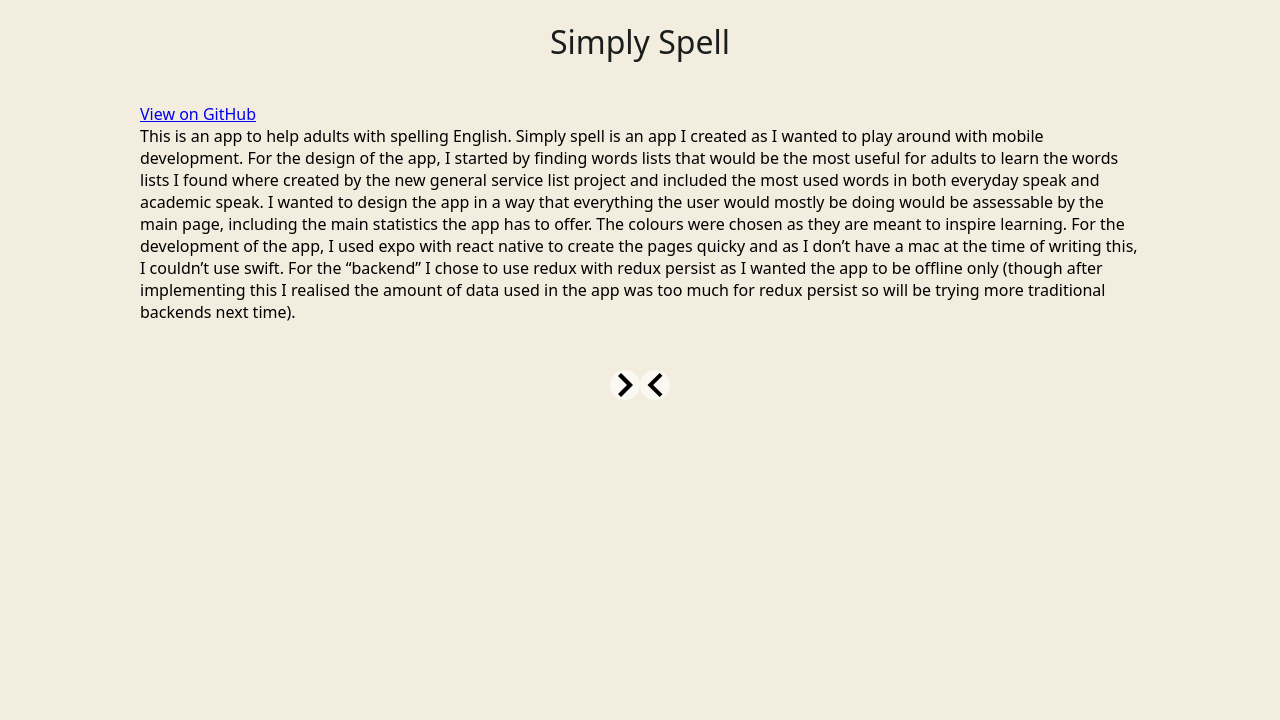
Repository: David-Waite/simpleespellwebsite
Page: /
These files come from the project's save history. The page is drawn as it stood at one moment and after the next save; the edit follows.
The browser window is 1280 px wide. The pictures show the whole page.
The project was rebuilt for these pictures with package versions that can differ from the ones it lists, and the page was loaded fresh each time.

Above is the page before, as saved 2023-07-27 19:18:17.

### src/index.css
* {
  margin: 0;
  padding: 0;
  font-family: system-ui, -apple-system, BlinkMacSystemFont, "Segoe UI", Roboto,
    Oxygen, Ubuntu, Cantarell, "Open Sans", "Helvetica Neue", sans-serif;
}

body {
  background-color: #f3eddf;

  padding: 20px;
}

.container {
  display: flex;
  flex-direction: column;
  align-items: center;
  max-width: 1000px;
  margin: 0 auto;
  overflow: hidden;
  gap: 40px;
}

h1 {
  text-align: center;
  font-weight: 300;
  color: #191d1b;
}

### src/App.js
import React from "react";
import { Slide } from "react-slideshow-image";
import "react-slideshow-image/dist/styles.css";

import "react-slideshow-image/dist/styles.css";

export default function App() {
  const images = [
    "../simplySpell1.PNG",
    "../simplySpell2.PNG",
    "../simplySpell3.PNG",
    "../simplySpell4.PNG",
    "../simplySpell5.PNG",
    "../simplySpell6.PNG",
    "../simplySpell7.PNG",
    "../simplySpell8.PNG",
    "../simplySpell9.PNG",
  ];

  return (
    <div className="container">
      <h1>Simply Spell</h1>

      <div>
        <a href="https://github.com/David-Waite/SpellingApp">View on GitHub</a>
        <p>
          This is an app to help adults with spelling English. Simply spell is
          an app I created as I wanted to play around with mobile development.
          For the design of the app, I started by finding words lists that would
          be the most useful for adults to learn the words lists I found where
          created by the new general service list project and included the most
          used words in both everyday speak and academic speak. I wanted to
          design the app in a way that everything the user would mostly be doing
          would be assessable by the main page, including the main statistics
          the app has to offer. The colours were chosen as they are meant to
          inspire learning. For the development of the app, I used expo with
          react native to create the pages quicky and as I don’t have a mac at
          the time of writing this, I couldn’t use swift. For the “backend” I
          chose to use redux with redux persist as I wanted the app to be
          offline only (though after implementing this I realised the amount of
          data used in the app was too much for redux persist so will be trying
          more traditional backends next time).
        </p>
      </div>
      <Slide>
        <div className="each-slide-effect">
          <div style={{ backgroundImage: `url(${images[0]})` }}>
            <span>Slide 1</span>
          </div>
        </div>
        <div className="each-slide-effect">
          <div style={{ backgroundImage: `url(${images[1]})` }}>
            <span>Slide 2</span>
          </div>
        </div>
        <div className="each-slide-effect">
          <div style={{ backgroundImage: `url(${images[2]})` }}>
            <span>Slide 3</span>
          </div>
        </div>
      </Slide>
    </div>
  );
}

Loaded but not shown: public/index.html (common file); src/index.js (common file); src/reportWebVitals.js (common file)

After the next save:
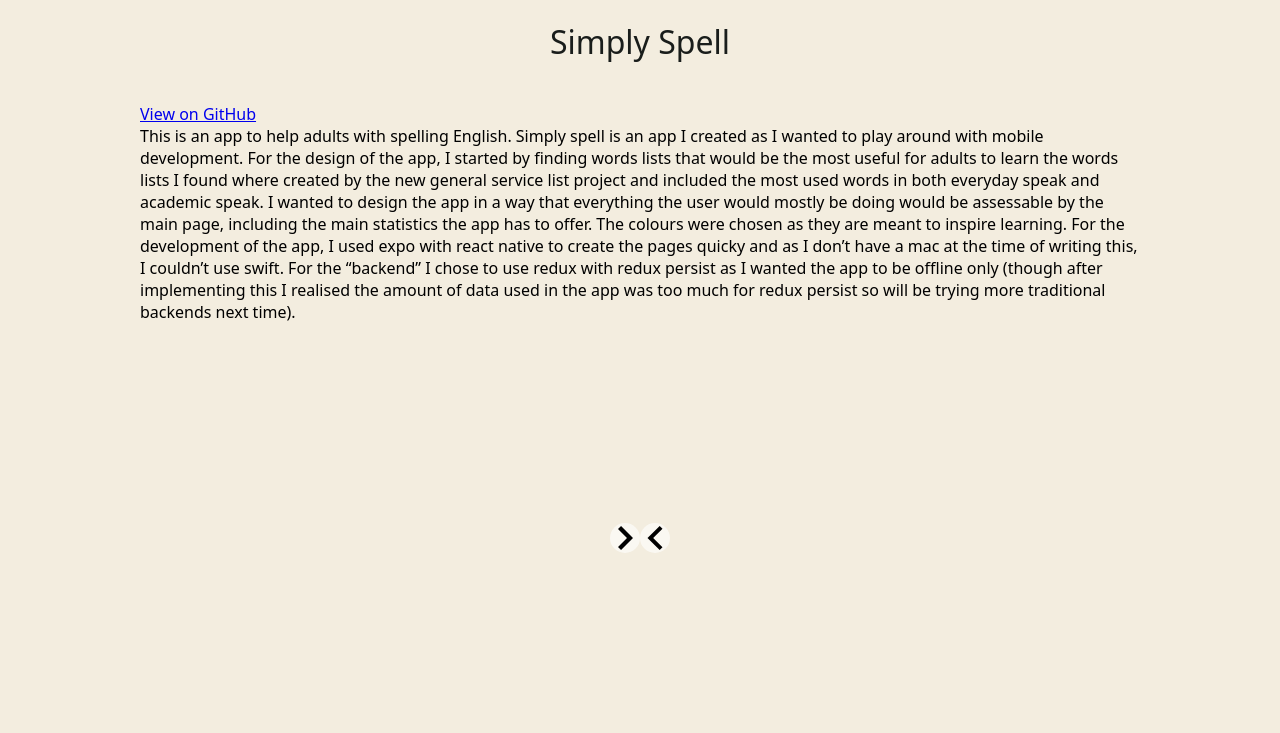
Saved 24 s later.
--- a/src/index.css
+++ b/src/index.css
@@ -26,3 +26,18 @@ h1 {
   font-weight: 300;
   color: #191d1b;
 }
+
+.each-slide-effect > div {
+  display: flex;
+  align-items: center;
+  justify-content: center;
+  background-size: cover;
+  height: 350px;
+}
+
+.each-slide-effect span {
+  padding: 20px;
+  font-size: 20px;
+  background: #efefef;
+  text-align: center;
+}
